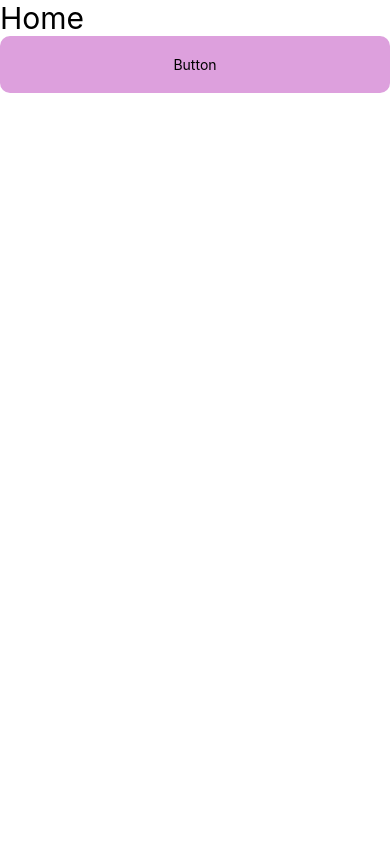
Repository: Kubraaygun/ReactNativeMVVM
Screen: /
These files come from the project's save history. The screen is drawn as it stood at one moment and after the next save; the edit follows.
The app was drawn by React Native's web renderer in a window 390 px wide. The project was rebuilt for these pictures with package versions that can differ from the ones it lists, and the page was loaded fresh each time.

Above is the screen before, as saved 2024-12-12 01:08:02.

After the next save:
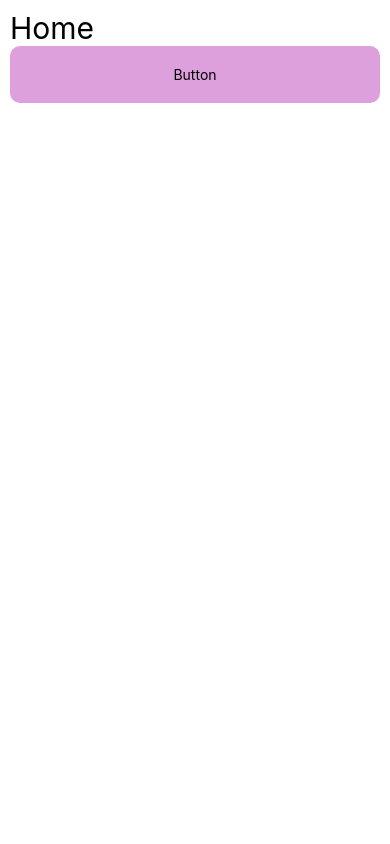
Saved 12 s later.
--- a/src/screens/home/index.jsx
+++ b/src/screens/home/index.jsx
@@ -7,7 +7,7 @@ import Button from '../../components/ui/button';
 const Home = () => {
   return (
     <SafeAreaView style={styles.container}>
-      <View>
+      <View style={styles.screen}>
         <Text style={{fontSize: 30}}>Home</Text>
         <Button />
       </View>
